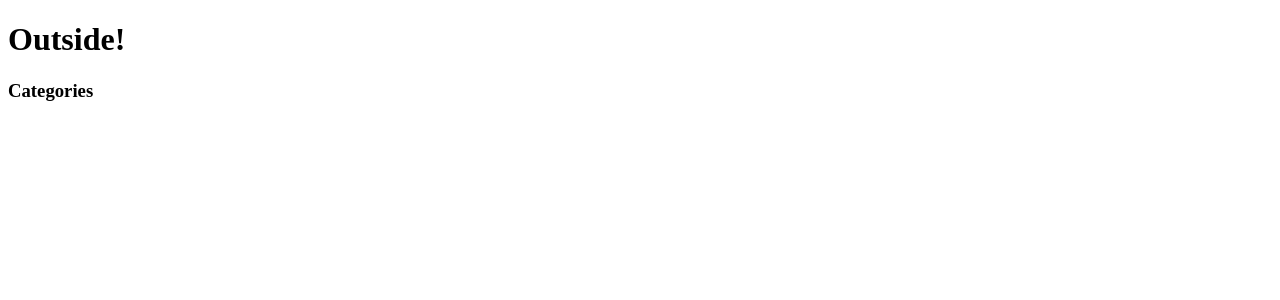
Repository: cesole/task_manager
Page: http://localhost/get_categories
The author's editor kept a record of every edit. The page is drawn from the files as they stood at one moment, then again after the next edit.
The browser window is 1280 px wide. The pictures show the whole page.
The page is served by the project's application, run on Flask 3 (app.py). Queries for data that is not in the repository find no rows.

Above is the page before.

### templates/categories.html
{% extends 'base.html'%} {% block content %}

<div class="row">

    <h3>Categories</h3>
    <ul class="collapsible" data-collapsible="accordion">
        {% for category in categories %}
        <li>
            <div class="collapsible-header">
                <a href="{{url_for('delete_category', category_id=category._id)}}" class="waves-effect waves-light btn btn_small">Del</a>
                <a href="{{url_for('edit_category', category_id=category._id)}}" class="waves-effect waves-light btn btn_small blue">Edit</a>

                <div class="task_header">
                    <strong>{{category.category_name}}</strong>
                </div>
            </div>
        </li>
        {% endfor %}

    </ul>
</div>
{% endblock %}

### templates/base.html
<!DOCTYPE html>
<html lang="en">
<head>
    <meta charset="UTF-8">
    <meta name="viewport" content="width=device-width, initial-scale=1.0">
    <meta http-equiv="X-UA-Compatible" content="ie=edge">
    <title>Document</title>
</head>
<body>
      <h1>Outside!</h1>
        {% block content %}
        {% endblock %}
</body>
</html>

### app.py
import os
from flask import Flask, render_template, redirect, request, url_for
from flask_pymongo import PyMongo
from bson.objectid import ObjectId

app = Flask(__name__)
app.config["MONGO_DBNAME"] = 'task_manager'
app.config["MONGO_URI"] = os.getenv('MONGO_URI', 'mongodb://localhost')

mongo = PyMongo(app)


@app.route('/')
@app.route('/get_tasks')
def get_tasks():
    _tasks = mongo.db.tasks.find()
    task_list = [task for task in _tasks]
    return render_template("tasks.html", tasks=mongo.db.tasks.find())


@app.route('/add_task')
def add_task():
    _categories = mongo.db.categories.find()
    category_list = [category for category in _categories]
    return render_template('addtask.html', categories=mongo.db.categories.find())


@app.route('/insert_task', methods=['POST'])
def insert_task():
    tasks = mongo.db.tasks
    tasks.insert_one(request.form.to_dict())
    return redirect(url_for('get_tasks'))

@app.route('/edit_task/<task_id>')
def edit_task(task_id):
    the_task =  mongo.db.tasks.find_one({"_id": ObjectId(task_id)})
    all_categories =  mongo.db.categories.find()
    return render_template('edittask.html', task=the_task,
                           categories=all_categories)

@app.route('/update_task/<task_id>', methods=["POST"])
def update_task(task_id):
    tasks = mongo.db.tasks
    tasks.update( {'_id': ObjectId(task_id)},
    {
        'task_name':request.form.get('task_name'),
        'category_name':request.form.get('category_name'),
        'task_description': request.form.get('task_description'),
        'due_date': request.form.get('due_date'),
        'is_urgent':request.form.get('is_urgent')
    })
    return redirect(url_for('get_tasks'))


@app.route('/delete_task/<task_id>')
def delete_task(task_id):
    mongo.db.tasks.remove({'_id': ObjectId(task_id)})
    return redirect(url_for('get_tasks'))


@app.route('/get_categories')
def get_categories():
    return render_template('categories.html',
                           categories=mongo.db.categories.find())


@app.route('/edit_category/<category_id>')
def edit_category(category_id):
    return render_template('editcategory.html',
                           category=mongo.db.categories.find_one(
                           {'_id': ObjectId(category_id)}))


@app.route('/update_category/<category_id>', methods=['POST'])
def update_category(category_id):
    mongo.db.categories.update(
        {'_id': ObjectId(category_id)},
        {'category_name': request.form.get('category_name')})
    return redirect(url_for('get_categories'))


@app.route('/delete_category/<category_id>')
def delete_category(category_id):
    mongo.db.categories.remove({'_id': ObjectId(category_id)})
    return redirect(url_for('get_categories'))

@app.route('/insert_category', methods=['POST'])
def insert_category():
    category_doc = {'category_name': request.form.get('category_name')}
    mongo.db.categories.insert_one(category_doc)
    return redirect(url_for('get_categories'))


@app.route('/add_category')
def add_category():
    return render_template('addcategory.html')


if __name__ == '__main__':
    app.run(host=os.environ.get('IP'),
            port=int(os.environ.get('PORT')),
            debug=True)

After the next edit:
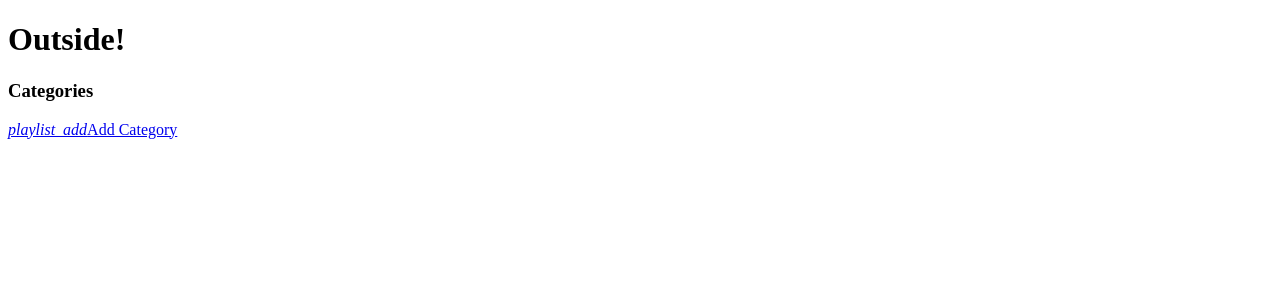
The edit:
--- a/templates/categories.html
+++ b/templates/categories.html
@@ -19,4 +19,9 @@
 
     </ul>
 </div>
+<div class="row">
+    <a href="{{url_for('add_category')}}" class="waves-effect waves-light btn">
+        <i class="material-icons right">playlist_add</i>Add Category
+    </a>
+</div>
 {% endblock %}
